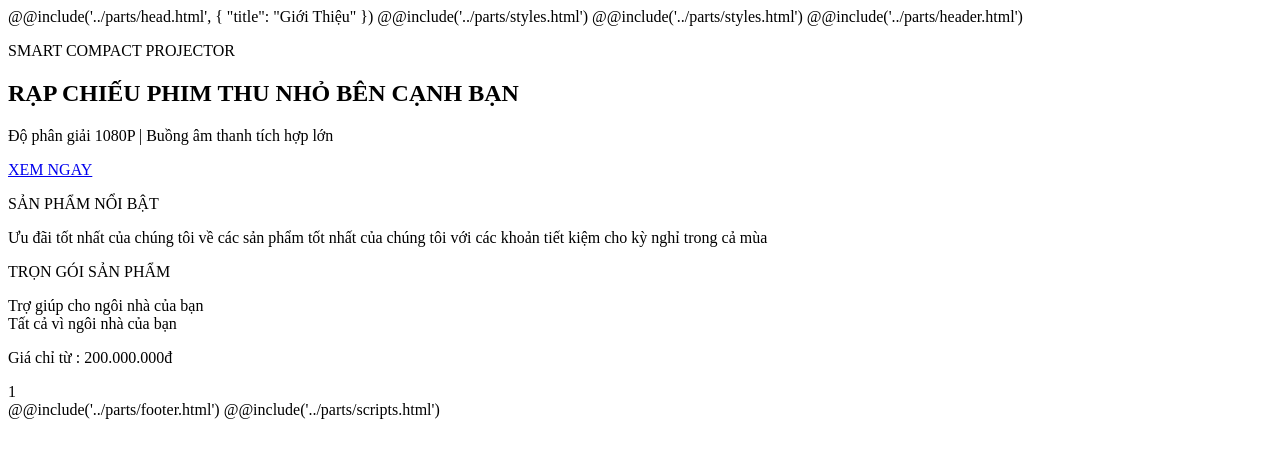
Repository: thanhthien0706/startsup
Page: src/views/pages/index.html
An editor plug-in stored every save of this project. The page is shown before and after the next save, followed by the edit.
The browser window is 1280 px wide. The pictures show the whole page.

Above is the page before, as saved 2021-09-24 21:52:20.

### src/views/pages/index.html
<html lang="vi">

<head>
  <!-- include head.html -->
  @@include('../parts/head.html', {
  "title": "Giới Thiệu"
  })
  <!-- include styles.html -->
  @@include('../parts/styles.html')
  @@include('../parts/styles.html')
</head>

<body class="wrapper">
  @@include('../parts/header.html')
  <section class="section_content--index">

    <section class="section_1">
      <div class="container_edit--page--1240">
        <div class="box_content_main">
          <p class="title">SMART COMPACT PROJECTOR</p>
          <h2 class="main_title">RẠP CHIẾU PHIM THU NHỎ BÊN CẠNH BẠN</h2>
          <p class="description">Độ phân giải 1080P | Buồng âm thanh tích hợp lớn</p>
          <a href="#" class="btn_xem-ngay">XEM NGAY</a>
        </div>
      </div>
    </section>

    <section class="section_2">
      <div class="container_edit--page--1240">
        <div class="box_main_st_2">

          <div class="box_heading">
            <p class="title">SẢN PHẨM NỔI BẬT</p>
            <p class="description">Ưu đãi tốt nhất của chúng tôi về các sản phẩm tốt nhất của chúng tôi với các khoản tiết kiệm cho kỳ nghỉ trong cả mùa</p>
          </div>

          <div class="box_content">
            <section class="item_content-1">
              <div class="row">
                <div class="col-sm-6">
                  <div class="box_bg_1">
                    <p class="logo">TRỌN GÓI SẢN PHẨM</p>
                    <p class="slogan">Trợ giúp cho ngôi nhà của bạn</br>Tất cả vì ngôi nhà của bạn</p>
                    <p class="box_price">
                      <span class="text">Giá chỉ từ : </span>
                      <span class="price">200.000.000đ</span>
                    </p>
                  </div>
                </div>
                <div class="col-sm-6">
                  1
                </div>
              </div>
            </section>
          </div>

        </div>
      </div>
    </section>

  </section>
  @@include('../parts/footer.html')

  <!-- include scripts.html -->
  @@include('../parts/scripts.html')
</body>

</html>

After the next save:
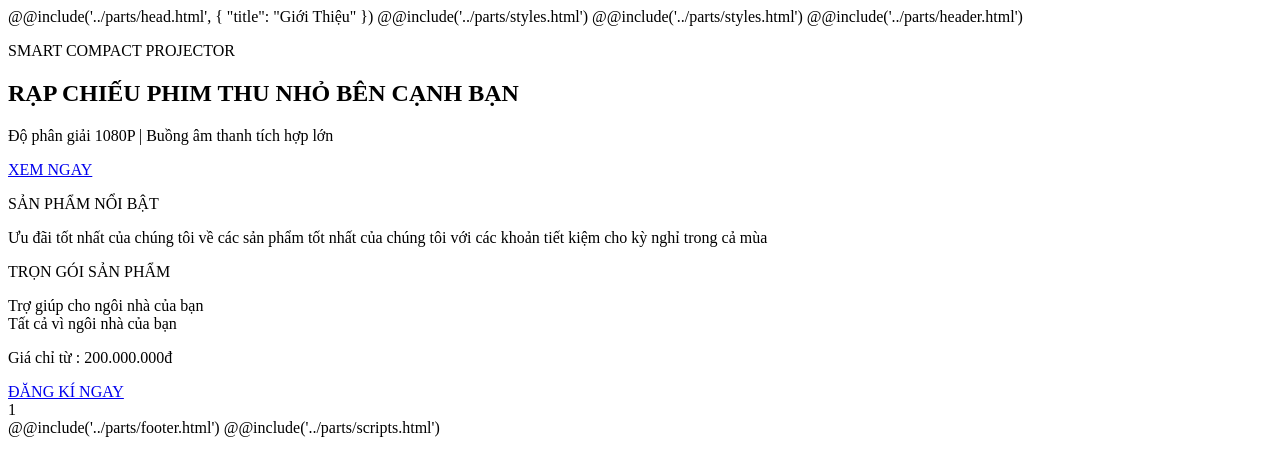
Saved 33 s later.
--- a/src/views/pages/index.html
+++ b/src/views/pages/index.html
@@ -45,6 +45,7 @@
                       <span class="text">Giá chỉ từ : </span>
                       <span class="price">200.000.000đ</span>
                     </p>
+                    <a href="#" class="btn_dangKi">ĐĂNG KÍ NGAY</a>
                   </div>
                 </div>
                 <div class="col-sm-6">
